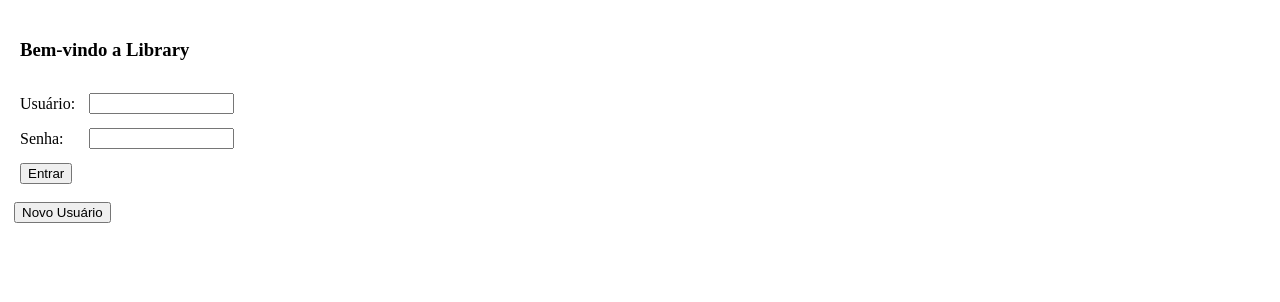
Repository: lmsmorais/ProjectEpiousion
Page: http://localhost/LibraryProject/
These files come from the project's save history. The page is drawn as it stood at one moment and after the next save; the edit follows.
The browser window is 1280 px wide. The pictures show the whole page.
The page is served by Tomcat 9. Other server files are loaded and not shown.

Above is the page before, as saved 2020-11-11 20:44:29.

### LibraryProject/WebContent/index.jsp
<%@ page language="java" contentType="text/html; charset=ISO-8859-1"
    pageEncoding="ISO-8859-1"%>
<!DOCTYPE html>
<html>
<head>
<meta charset="ISO-8859-1">
<title>Login</title>
	</head>
	<body>
		<form method="post" action='${pageContext.request.contextPath}/Login'>
			<table cellspacing="10" cellpadding="2" width="5%">
				<tr>
					<td colspan="2">
						<h3> Bem-vindo a Library</h3>
							<p>
					</td>
				</tr>
				<tr>
					<td>Usuário:</td>
					<td><input type="text" name="username" size="15"/></td>
				</tr>
				<tr>
					<td>Senha:</td>
					<td><input type="password" name="password" size="15"/></td>
				</tr>
				<tr>
					<td><button type="submit">Entrar</button></td>
				</tr>

			</table>
		</form>
		<form method="post" action='${pageContext.request.contextPath}/Login'>
		<table cellspacing="5" cellpadding="1" width="10%">
			<tr>
				<td><button type="submit">Novo Usuário</button></td>
			</tr>
		</table>
		</form>
	</body>
</html>

After the next save:
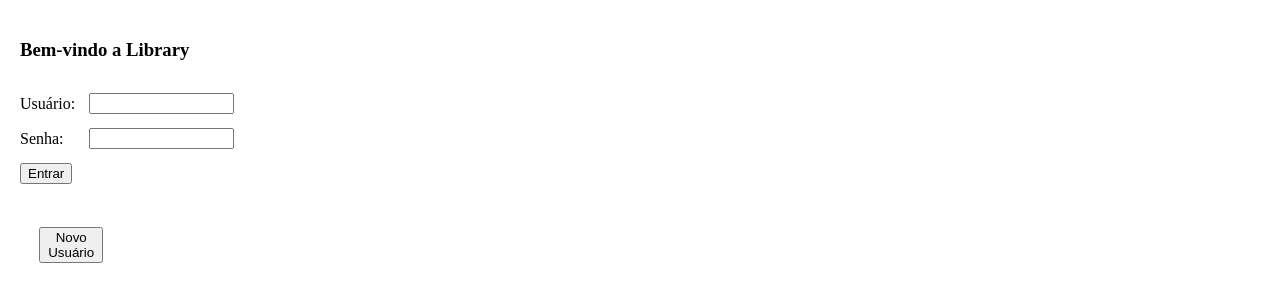
Saved 7 s later.
--- a/LibraryProject/WebContent/index.jsp
+++ b/LibraryProject/WebContent/index.jsp
@@ -30,7 +30,7 @@
 			</table>
 		</form>
 		<form method="post" action='${pageContext.request.contextPath}/Login'>
-		<table cellspacing="5" cellpadding="1" width="10%">
+		<table cellspacing="30" cellpadding="1" width="10%">
 			<tr>
 				<td><button type="submit">Novo Usuário</button></td>
 			</tr>
